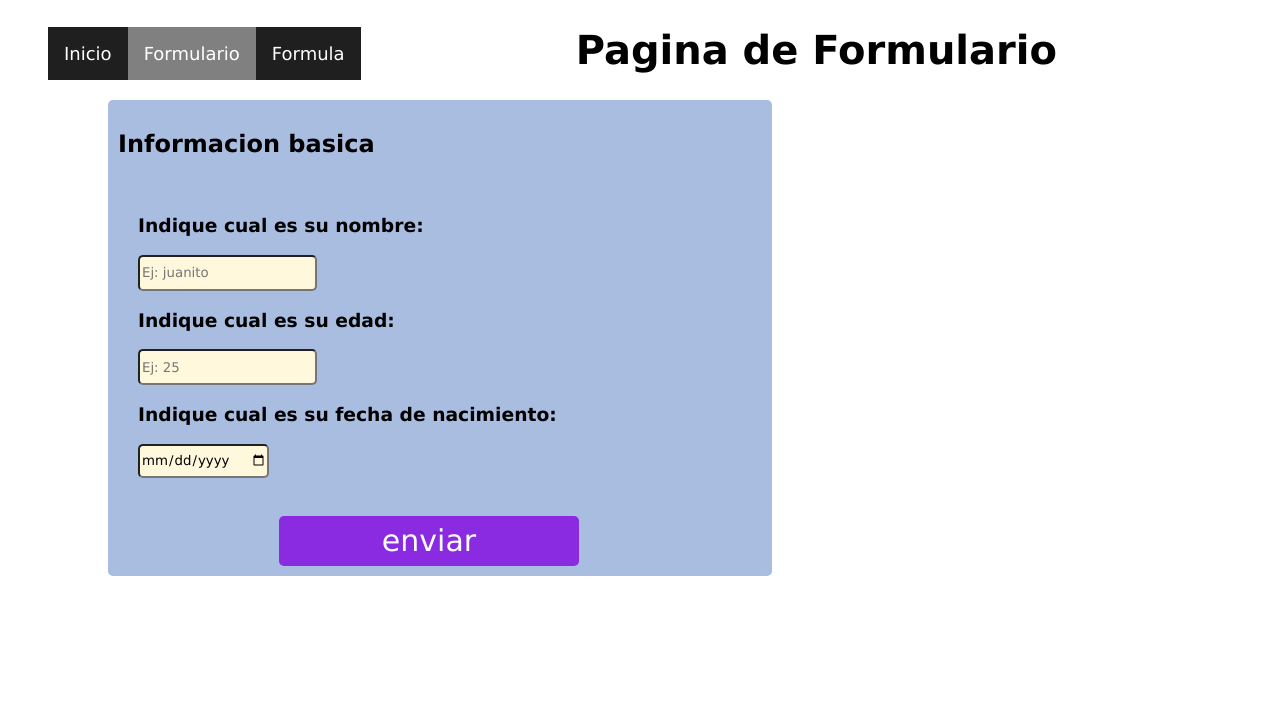
Repository: misterySnow94/tutoriales
Page: pagina basica/formulario.html
The author's editor kept a copy of each file at every save. The page is drawn from the files as they stood at one save, then again after the next save.
The browser window is 1280 px wide. The pictures show the whole page.

Above is the page before, as saved 2019-11-04 00:20:49.

After the next save:
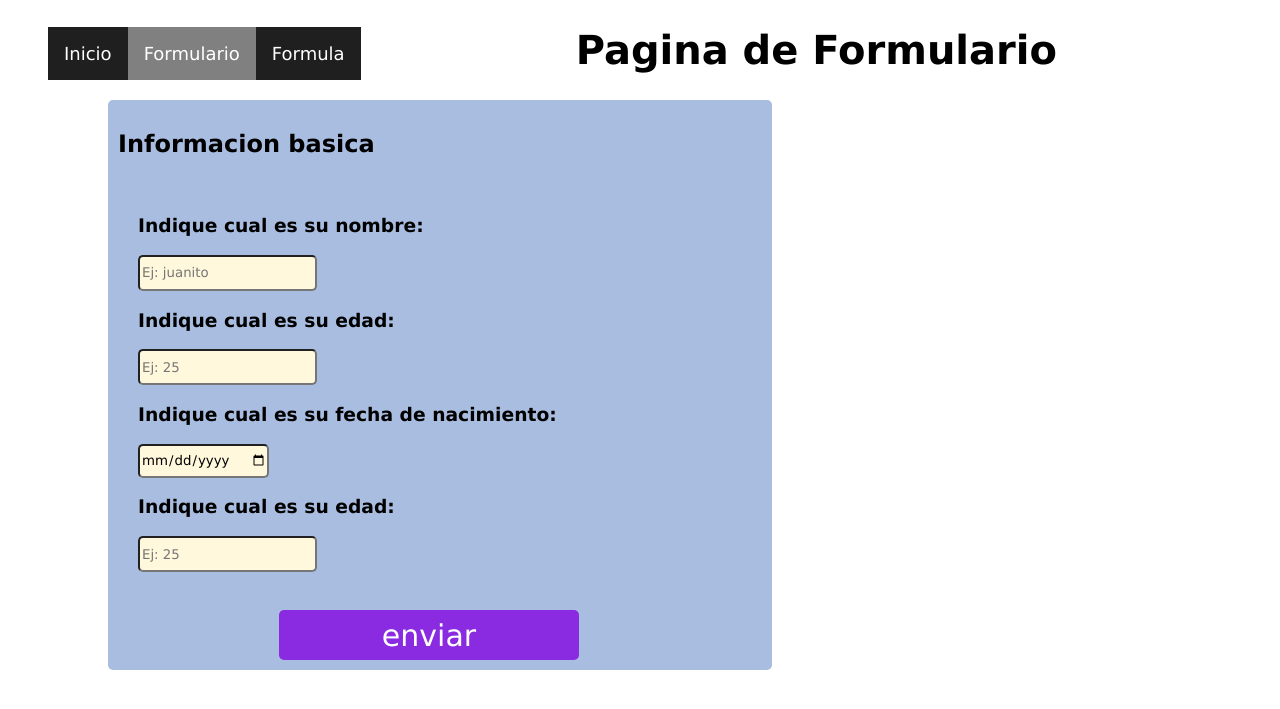
Saved 61 s later.
--- a/pagina basica/formulario.html
+++ b/pagina basica/formulario.html
@@ -33,6 +33,10 @@
                     <h3>Indique cual es su fecha de nacimiento:</h3>
                     <input type="date" name="fecha_nacimiento">
             </label>
+            <label for="sexo">
+                    <h3>Indique cual es su edad:</h3>
+                    <input type="number" placeholder="Ej: 25" name="edad">
+            </label>
             <br><br><br>
             <button>enviar</button>
         </form>
